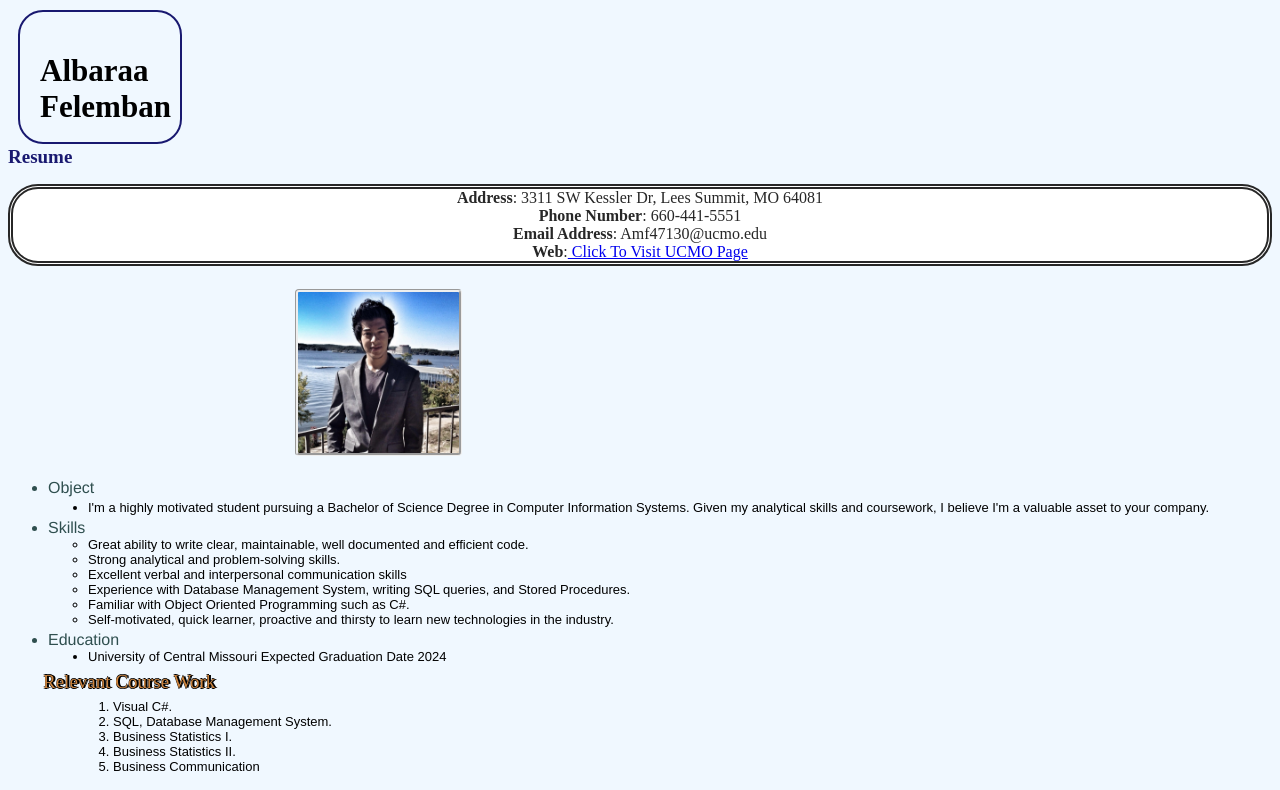
Repository: MrFelemban/RealEstate_Web-cis2625
Page: lesson1/index.html
The author's editor kept a record of every edit. The page is drawn from the files as they stood at one moment, then again after the next edit.
The browser window is 1280 px wide. The pictures show the whole page.

Above is the page before.

After the next edit:
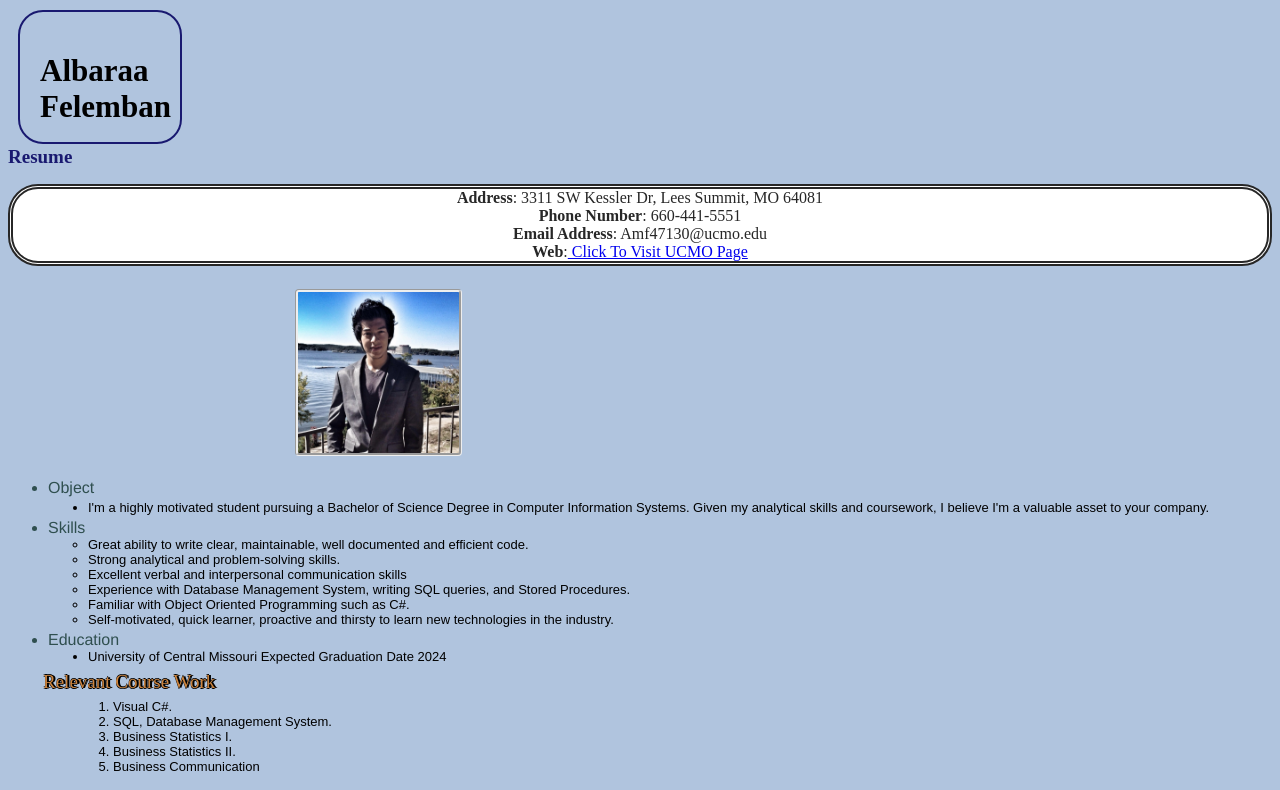
The edit:
--- a/lesson1/Resume.css
+++ b/lesson1/Resume.css
@@ -1,5 +1,5 @@
 	body {
-		background-color:#F0F8FF;
+		background-color: #B0C4DE;
 	}
 
 	.myDiv {
